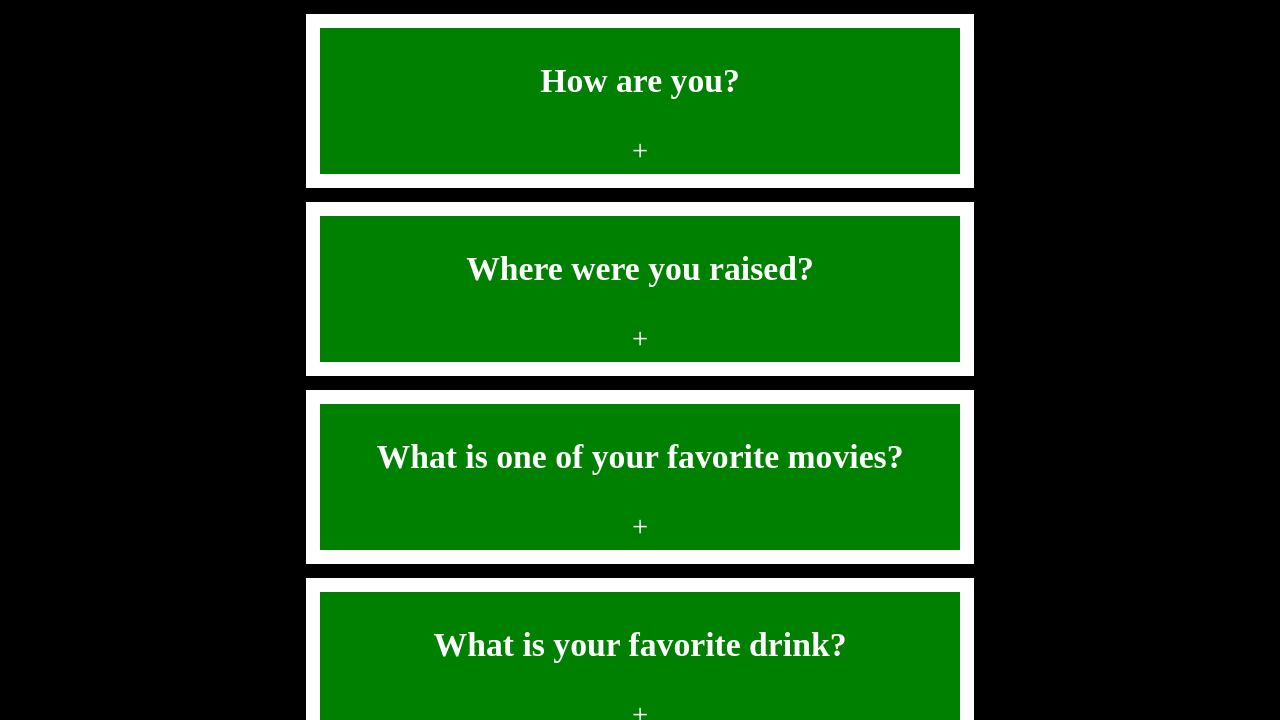
Repository: kosenijr/react-projects
Page: / (app in accordion/)
The author's editor kept a copy of each file at every save. The page is drawn from the files as they stood at one save, then again after the next save.
The browser window is 1280 px wide. The pictures show the whole page.
The project was rebuilt for these pictures with package versions that can differ from the ones it lists, and the page was loaded fresh each time.

Above is the page before, as saved 2024-03-02 22:48:23.

After the next save:
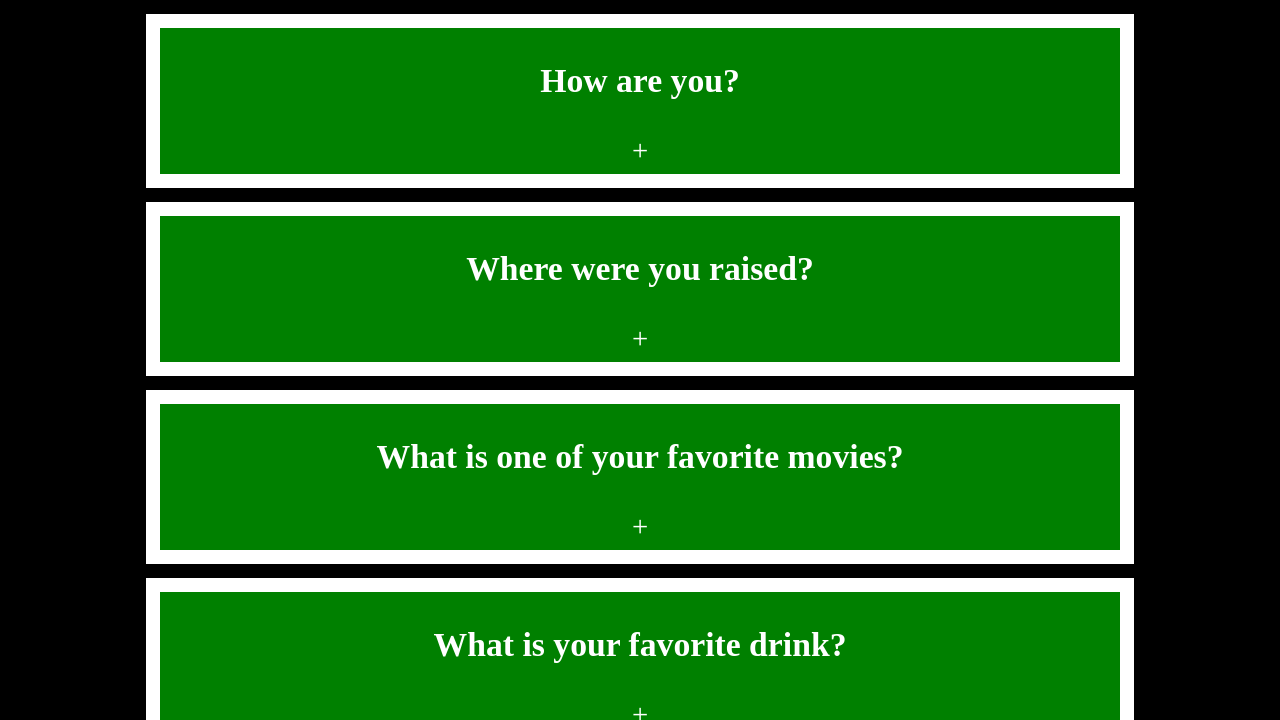
Saved 36 s later.
--- a/accordion/src/styles/Accordion.css
+++ b/accordion/src/styles/Accordion.css
@@ -14,7 +14,7 @@
   font-family: "Raleway", "Times New Roman";
   margin: 2vh auto;
   padding-bottom: 1vh;
-  width: 50vw;
+  width: 75vw;
   border: 0.5em solid white
 }
 
